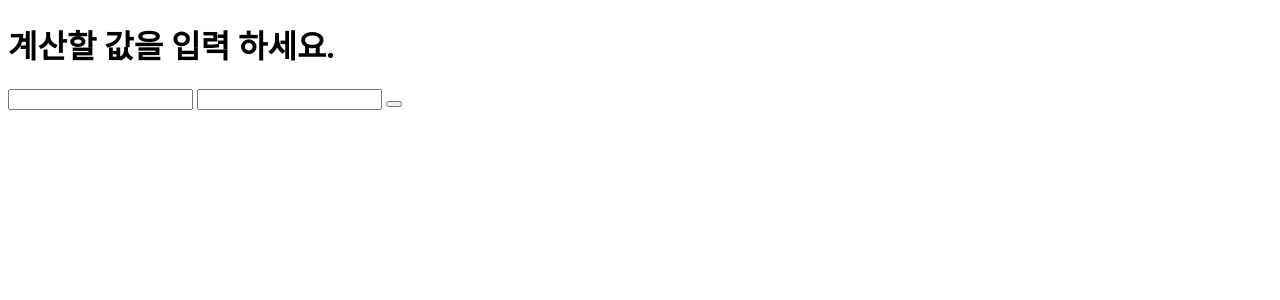
Repository: soyamilk0705/spring-newlecture
Page: ServeltAndJsp/JSPPrj/WebContent/add.html
An editor plug-in stored every save of this project. The page is shown before and after the next save, followed by the edit.
The browser window is 1280 px wide. The pictures show the whole page.

Above is the page before, as saved 2024-01-06 06:03:14.

### ServeltAndJsp/JSPPrj/WebContent/add.html
<!DOCTYPE html>
<html>
<head>
<meta charset="UTF-8">
<title>Insert title here</title>
</head>
<body>
	<h1>계산할 값을 입력 하세요.</h1>
	<div>
		<form action="/add" method="post">
			<input type="text" name="x">
			<input type="text" name="y">
			<button type="submit" value="계산"></button>
		</form>
	</div>
</body>
</html>

After the next save:
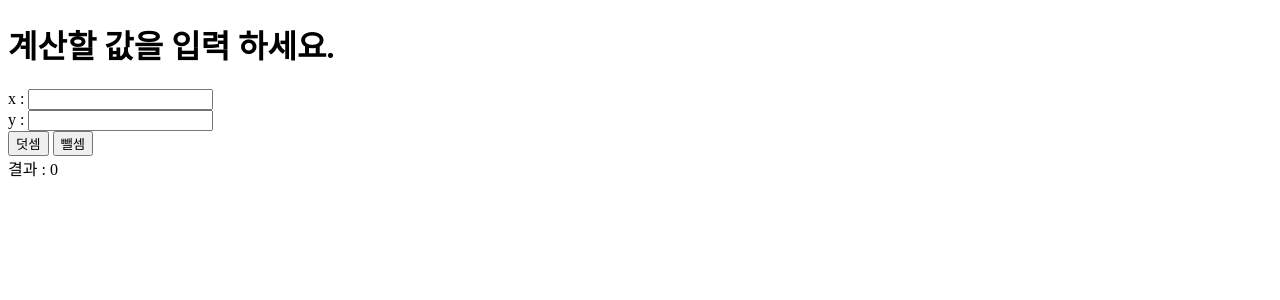
Saved 46 s later.
--- a/ServeltAndJsp/JSPPrj/WebContent/add.html
+++ b/ServeltAndJsp/JSPPrj/WebContent/add.html
@@ -6,12 +6,22 @@
 </head>
 <body>
 	<h1>계산할 값을 입력 하세요.</h1>
-	<div>
-		<form action="/add" method="post">
+	<form action="/add" method="post">
+		<div>
+			<label>x : </label>
 			<input type="text" name="x">
+		</div>
+		<div>
+			<label>y : </label>
 			<input type="text" name="y">
-			<button type="submit" value="계산"></button>
-		</form>
-	</div>
+		</div>
+		<div>
+			<input type="submit" value="덧셈"></input>
+			<input type="submit" value="뺄셈"></input>
+		</div>
+		<div>
+			결과 : 0
+		</div>
+	</form>
 </body>
 </html>
